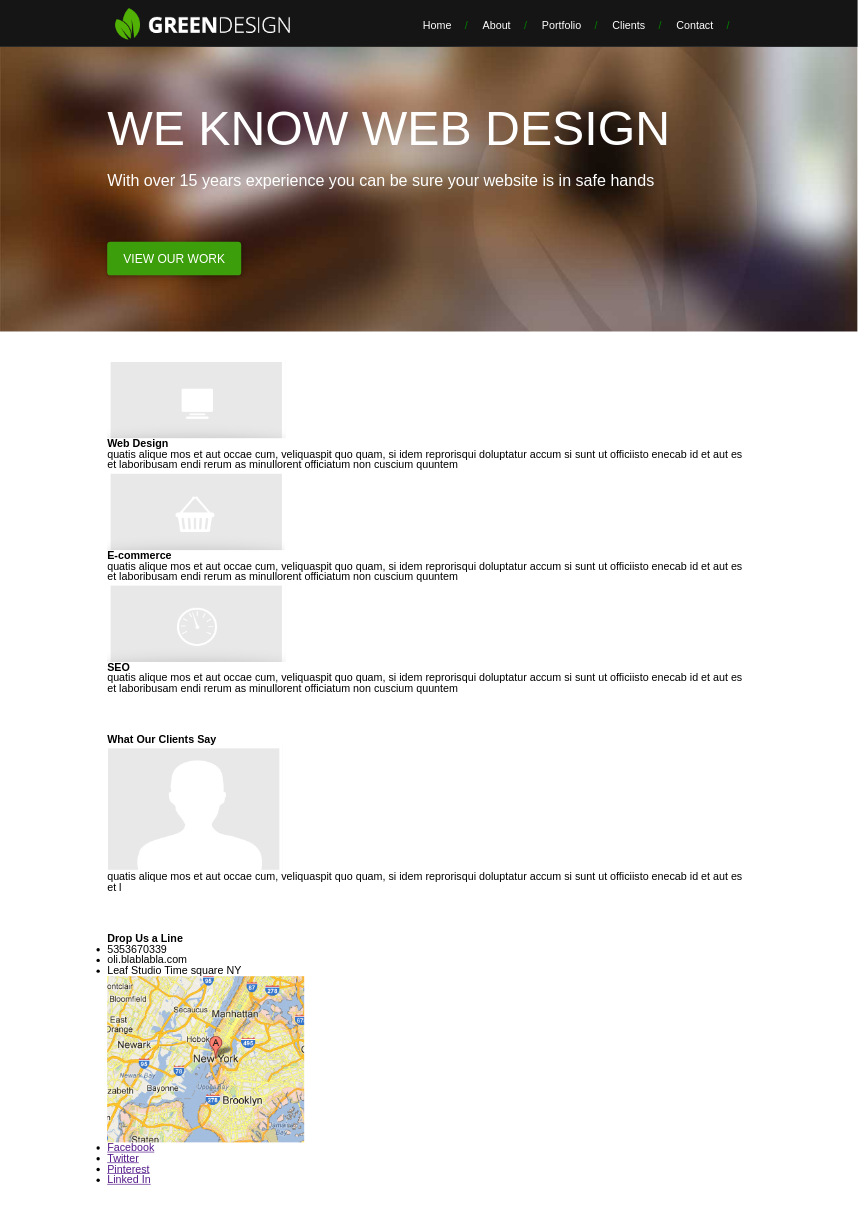
Repository: Piterwk1/psd-to-html
Page: website/index.html
An editor plug-in stored every save of this project. The page is shown before and after the next save, followed by the edit.
The browser window is 1280 px wide. The pictures show the whole page, at 67% of full size.

Above is the page before, as saved 2021-09-14 21:02:19.

After the next save:
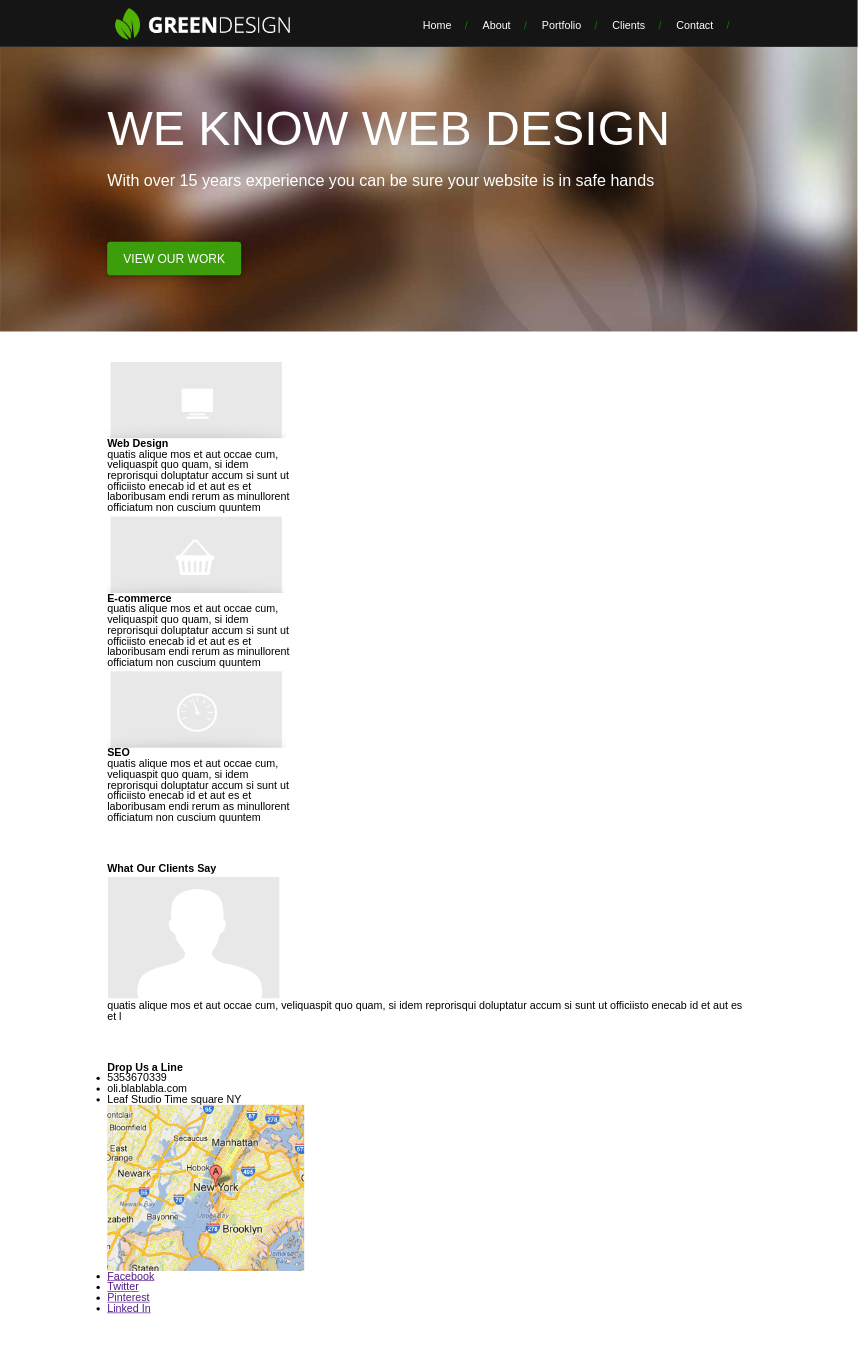
Saved 50 s later.
--- a/website/style.css
+++ b/website/style.css
@@ -295,3 +295,7 @@ section ul {
     display: flexbox;
     justify-content: space-evenly;
 }
+
+#points-of-sale li {
+    width: 30%;
+}
